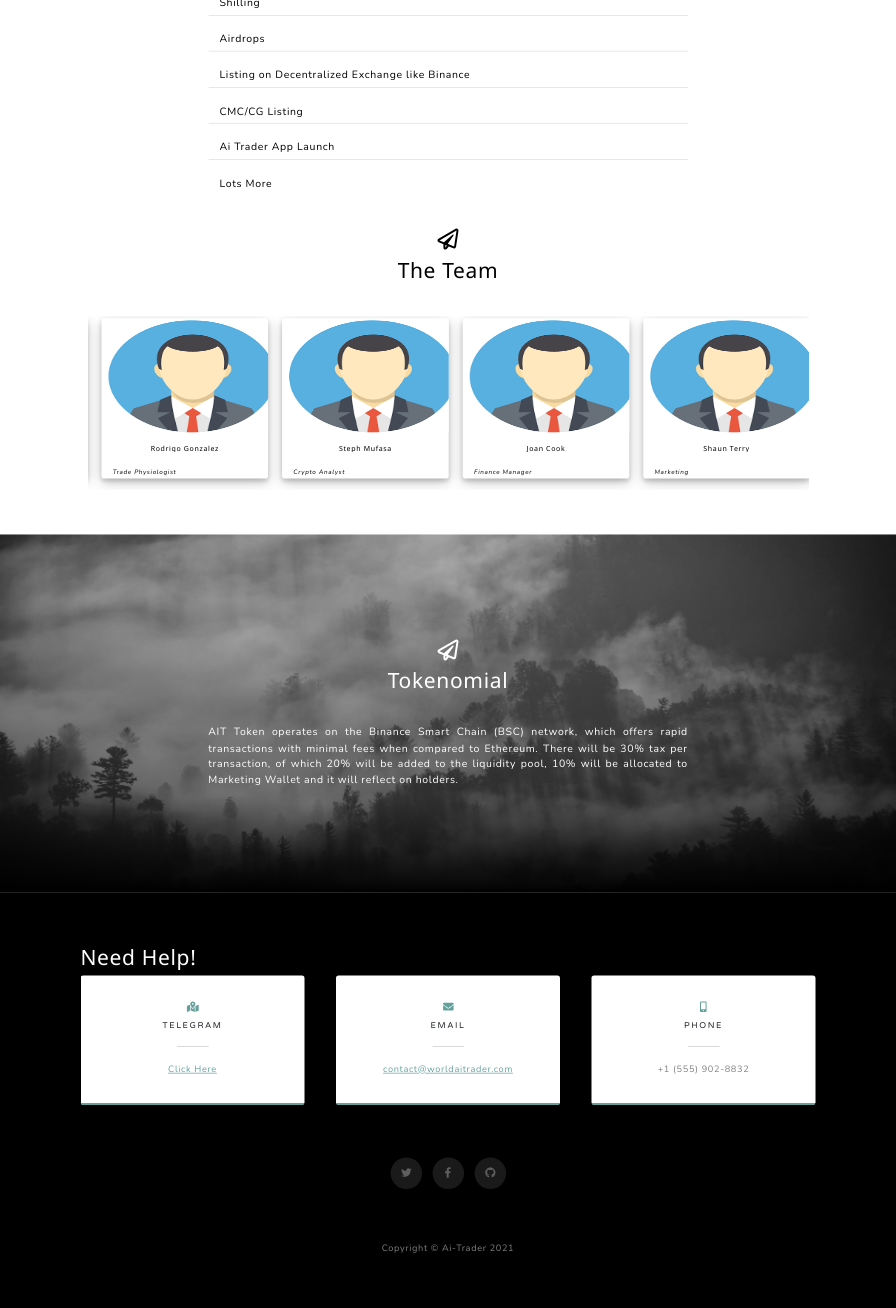
Repository: seyicoded/ico_one
Page: index.html
An editor plug-in stored every save of this project. The page is shown before and after the next save, followed by the edit.
The browser window is 1280 px wide. The pictures show the part of the page from y = 3361 to 5281 px (the page is 5230 px tall before and 5281 px after), at 70% of full size.

Above is the page before, as saved 2022-03-06 17:10:49.

After the next save:
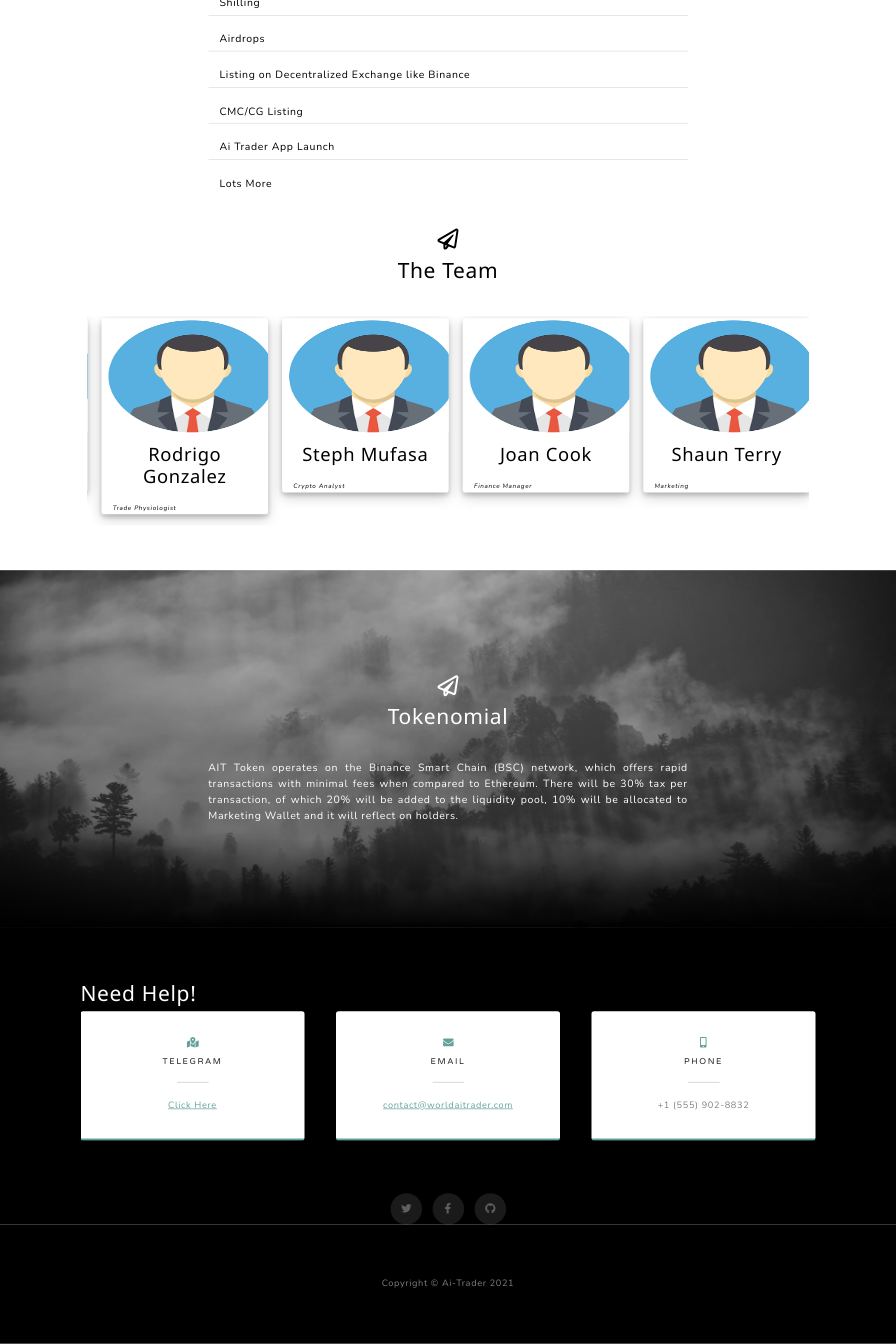
Saved 21 s later.
--- a/index.html
+++ b/index.html
@@ -71,7 +71,7 @@
             }
 
             .slick h3{
-                font-size: 10px;
+                /* font-size: 10px; */
             }
 
             .slick small{

After the save that followed:
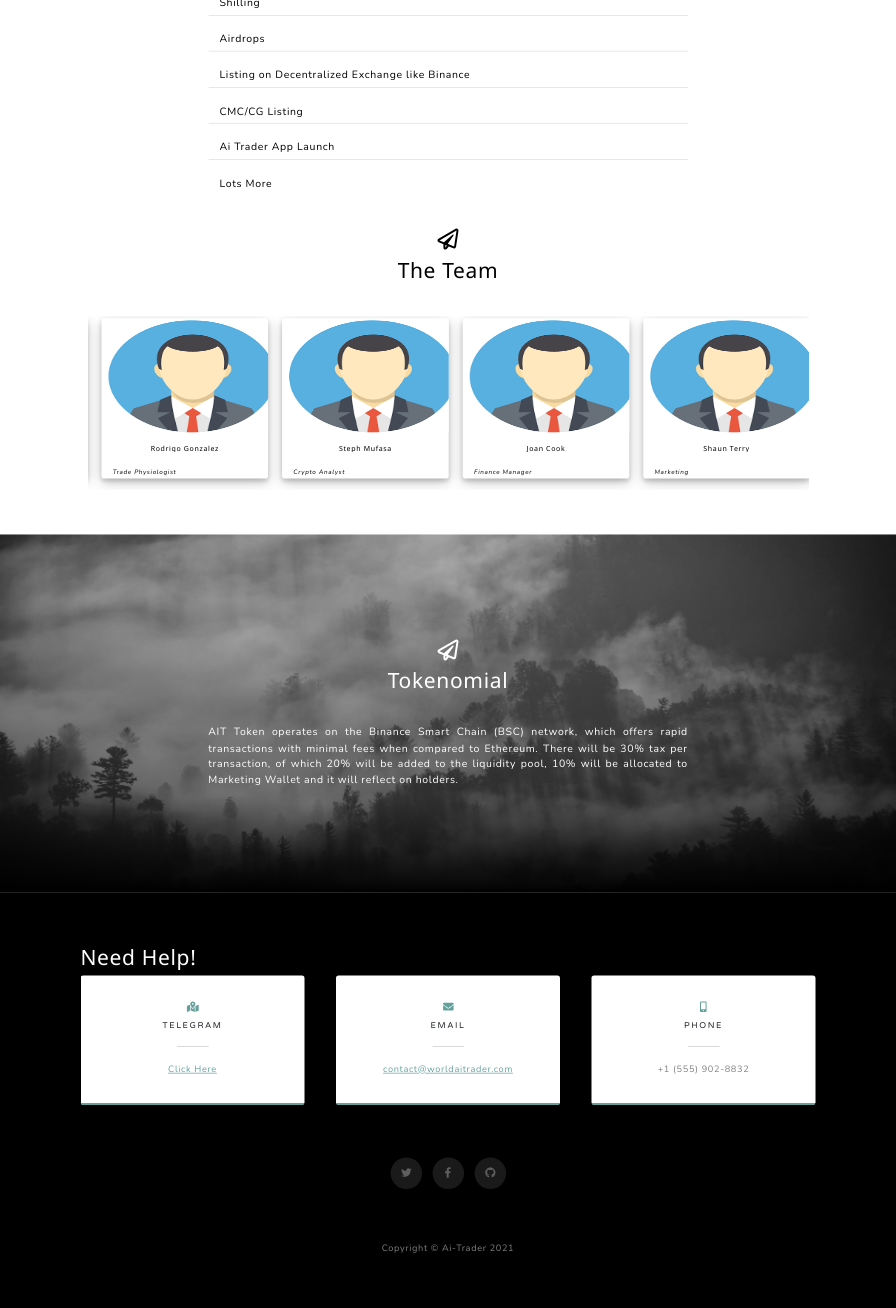
Saved 8 s later.
--- a/index.html
+++ b/index.html
@@ -71,7 +71,7 @@
             }
 
             .slick h3{
-                /* font-size: 10px; */
+                font-size: 10px;
             }
 
             .slick small{
